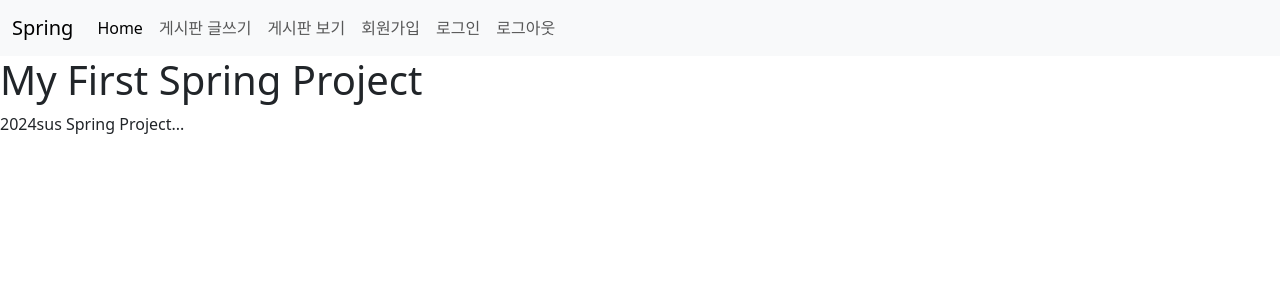
Repository: Ceciliaseon/springTest20240430
Page: http://localhost/spring_study/WEB-INF/views/index.jsp
These files come from the project's save history. The page is drawn as it stood at one moment and after the next save; the edit follows.
The browser window is 1280 px wide. The pictures show the whole page.
The page is served by Tomcat 9. Nobody is signed in. The template is opened directly, without the code that normally fills it, so the values that code supplies are empty.

Above is the page before, as saved 2024-04-24 01:12:26.

### spring_study/src/main/webapp/WEB-INF/views/index.jsp
<%@ taglib uri="http://java.sun.com/jsp/jstl/core" prefix="c" %>
<%@ page language="java" contentType="text/html; charset=UTF-8" pageEncoding="UTF-8" %>

<jsp:include page="layout/header.jsp"></jsp:include>

<h1>
	My First Spring Project
</h1>

<jsp:include page="layout/footer.jsp"></jsp:include>

### spring_study/src/main/webapp/WEB-INF/views/layout/header.jsp
<%@ page language="java" contentType="text/html; charset=UTF-8"
    pageEncoding="UTF-8"%>
<!DOCTYPE html>
<html>
<head>
<meta charset="UTF-8">
<title>header.jsp</title>
<link href="https://cdn.jsdelivr.net/npm/bootstrap@5.3.3/dist/css/bootstrap.min.css" rel="stylesheet" integrity="sha384-QWTKZyjpPEjISv5WaRU9OFeRpok6YctnYmDr5pNlyT2bRjXh0JMhjY6hW+ALEwIH" crossorigin="anonymous">
<script src="https://cdn.jsdelivr.net/npm/bootstrap@5.3.3/dist/js/bootstrap.bundle.min.js" integrity="sha384-YvpcrYf0tY3lHB60NNkmXc5s9fDVZLESaAA55NDzOxhy9GkcIdslK1eN7N6jIeHz" crossorigin="anonymous"></script>
</head>
<body>

<nav class="navbar navbar-expand-lg bg-body-tertiary">
  <div class="container-fluid">
    <a class="navbar-brand" href="#">Spring</a>
    <button class="navbar-toggler" type="button" data-bs-toggle="collapse" data-bs-target="#navbarSupportedContent" aria-controls="navbarSupportedContent" aria-expanded="false" aria-label="Toggle navigation">
      <span class="navbar-toggler-icon"></span>
    </button>
    <div class="collapse navbar-collapse" id="navbarSupportedContent">
      <ul class="navbar-nav me-auto mb-2 mb-lg-0">
        <li class="nav-item">
          <a class="nav-link active" aria-current="page" href="#">Home</a>
        </li>
        <li class="nav-item">
          <a class="nav-link" href="/board/register">게시판 글쓰기</a>
        </li>
        <li class="nav-item">
          <a class="nav-link" href="#">게시판 보기</a>
        </li>
        <li class="nav-item">
          <a class="nav-link" href="#">회원가입</a>
        </li>
        <li class="nav-item">
          <a class="nav-link" href="#">로그인</a>
        </li>
        <li class="nav-item">
          <a class="nav-link" href="#">로그아웃</a>
        </li>
      </ul>
    </div>
  </div>
</nav>

### spring_study/src/main/webapp/WEB-INF/views/layout/footer.jsp
<%@ page language="java" contentType="text/html; charset=UTF-8"
    pageEncoding="UTF-8"%>

<div>
	2024sus Spring Project...
</div>

</body>
</html>

After the next save:
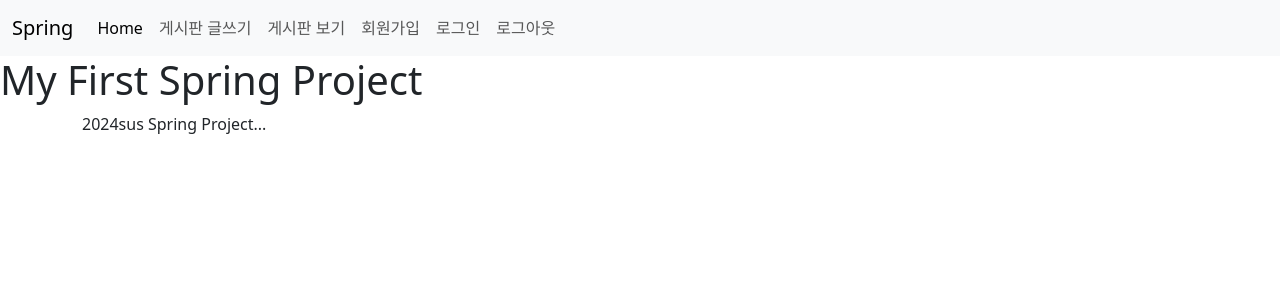
Saved 18 s later.
--- a/spring_study/src/main/webapp/WEB-INF/views/layout/footer.jsp
+++ b/spring_study/src/main/webapp/WEB-INF/views/layout/footer.jsp
@@ -1,7 +1,7 @@
 <%@ page language="java" contentType="text/html; charset=UTF-8"
     pageEncoding="UTF-8"%>
 
-<div>
+<div class="container-md">
 	2024sus Spring Project...
 </div>
 
